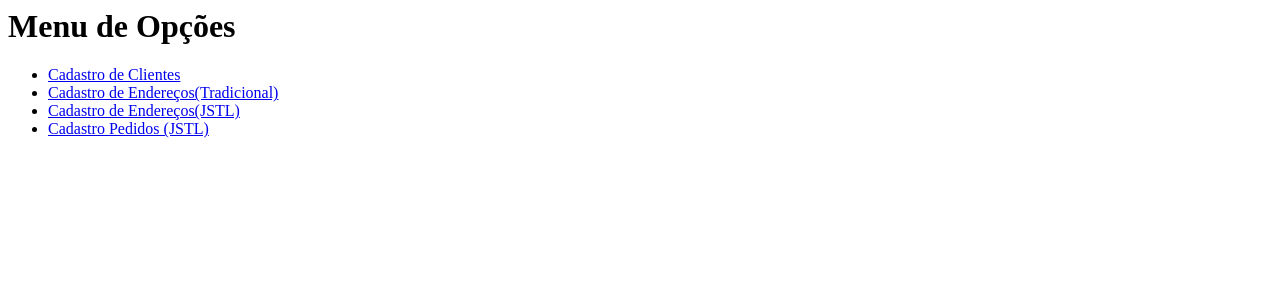
Repository: kelvincarvalho/Desenvolvimento_Java
Page: http://localhost/02_VendasJPA/
An editor plug-in stored every save of this project. The page is shown before and after the next save, followed by the edit.
The browser window is 1280 px wide. The pictures show the whole page.
The page is served by Tomcat 9. Other server files are loaded and not shown.

Above is the page before, as saved 2017-09-28 18:05:56.

### Modulo03/02_VendasJPA/WebContent/index.jsp
<!DOCTYPE html5>
<html>
<head>
<meta charset="UTF-8">
<title>Menu de Opções</title>
</head>
<body>
	<h1>Menu de Opções</h1>

	<ul>
		<li><a href="cadClientes.jsp">Cadastro de Clientes</a></li>
		<li><a href="cadEnderecos.jsp">Cadastro de Endereços(Tradicional)</a></li>
		<li><a href="cadEnderecosJSTL.jsp">Cadastro de Endereços(JSTL)</a></li>
		<li><a href="cadPedidos.jsp">Cadastro Pedidos (JSTL)</a></li>
	</ul>

</body>
</html>

After the next save:
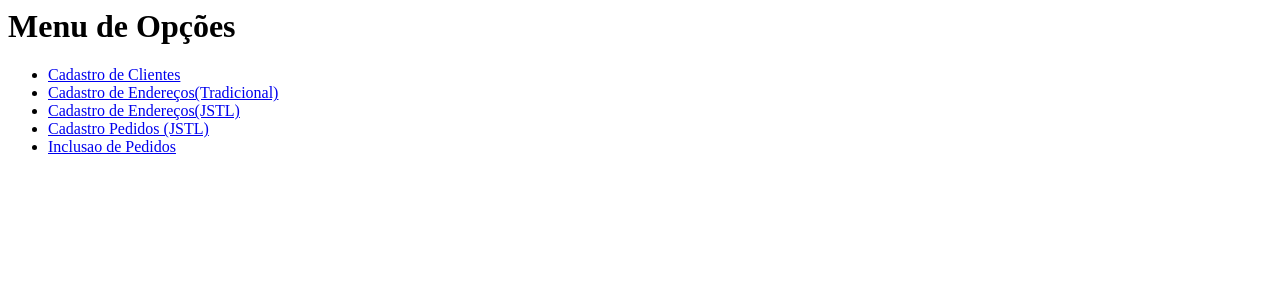
Saved 35 s later.
--- a/Modulo03/02_VendasJPA/WebContent/index.jsp
+++ b/Modulo03/02_VendasJPA/WebContent/index.jsp
@@ -12,6 +12,7 @@
 		<li><a href="cadEnderecos.jsp">Cadastro de Endereços(Tradicional)</a></li>
 		<li><a href="cadEnderecosJSTL.jsp">Cadastro de Endereços(JSTL)</a></li>
 		<li><a href="cadPedidos.jsp">Cadastro Pedidos (JSTL)</a></li>
+		<li><a href="cadInclusao.jsp">Inclusao de Pedidos</a></li>
 	</ul>
 
 </body>
